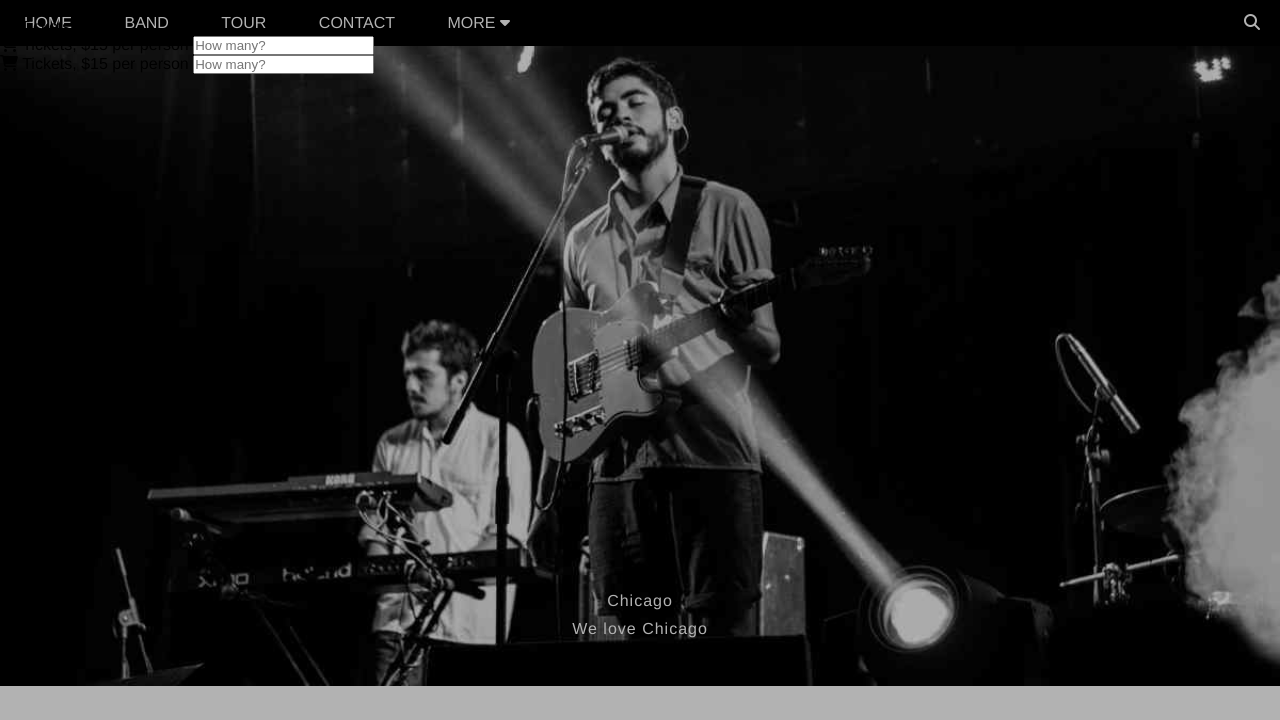
Repository: NguyenMinhChau/Theband
Page: index.html
These files come from the project's save history. The page is drawn as it stood at one moment and after the next save; the edit follows.
The browser window is 1280 px wide. The pictures show the window.
A layer covers the whole window, so only the first screen is drawn. Some web libraries are served in a nearby version.

Above is the page before, as saved 2021-10-23 12:41:19.

After the next save:
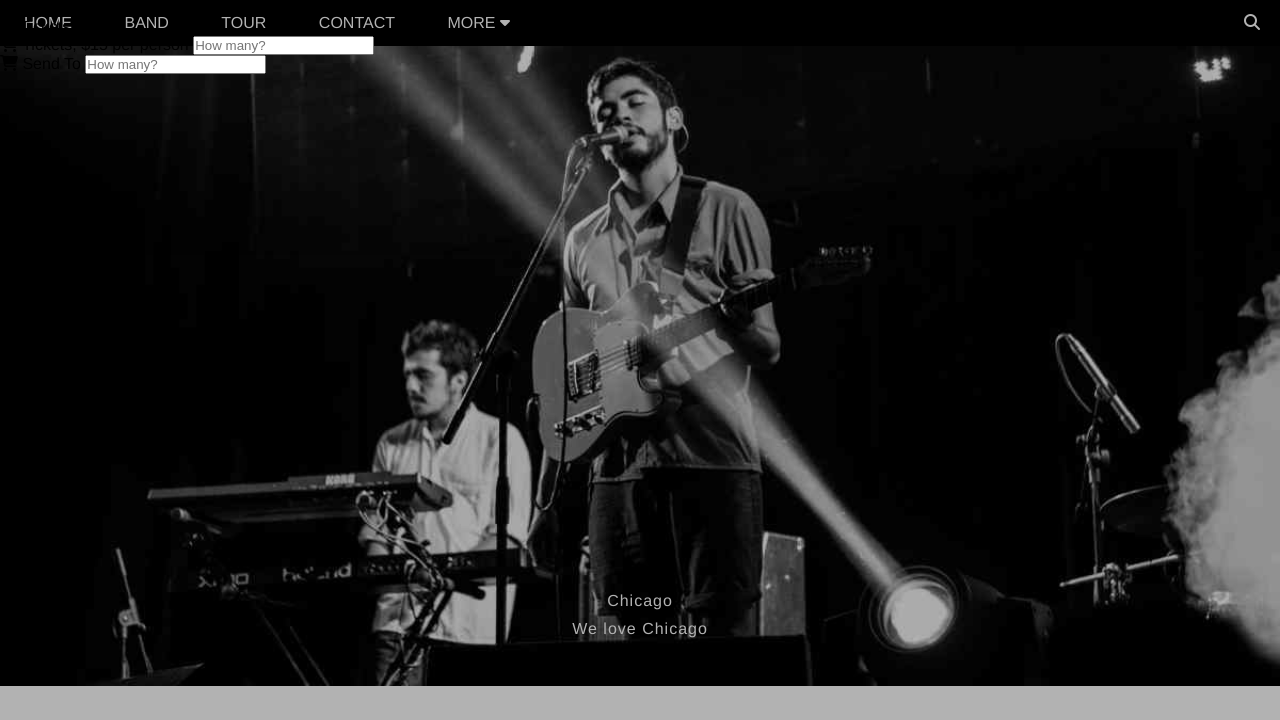
Saved 12 s later.
--- a/index.html
+++ b/index.html
@@ -142,7 +142,7 @@
                 <div class="form-group">
                     <label for="" class="modal-label">
                         <i class="fas fa-shopping-cart"></i>
-                        Tickets, $15 per person
+                        Send To
                     </label>
                     <input type="text" class="modal-input" placeholder="How many?">
                 </div>
